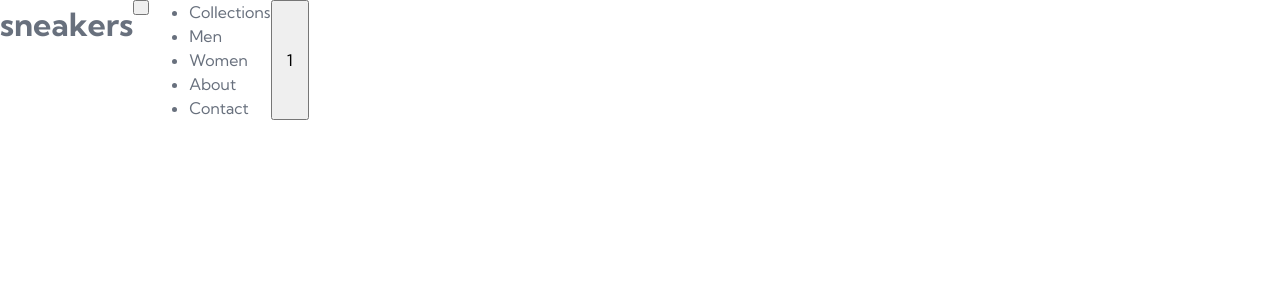
Repository: NikitaVologdin/React-Commerce-Product-Page
Page: /
These files come from the project's save history. The page is drawn as it stood at one moment and after the next save; the edit follows.
The browser window is 1280 px wide. The pictures show the whole page.
The project was rebuilt for these pictures with package versions that can differ from the ones it lists, and the page was loaded fresh each time. Also part of the build but not shown: vite.config.ts.

Above is the page before, as saved 2024-11-07 17:25:49.

After the next save:
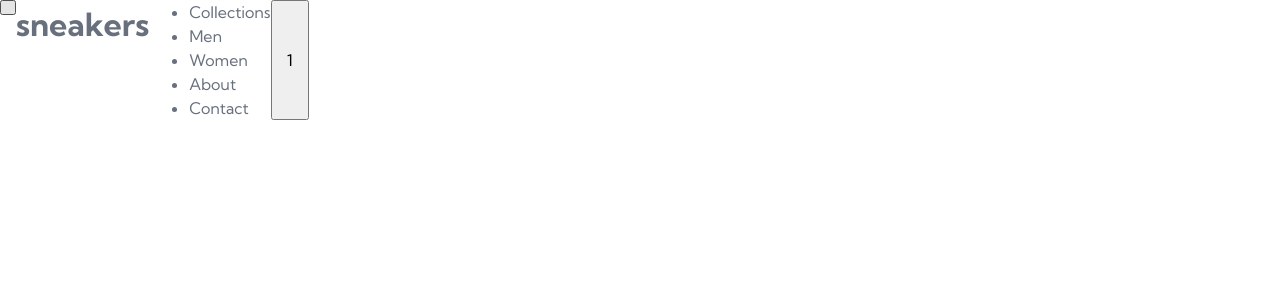
Saved 6 s later.
--- a/src/sections/Header.tsx
+++ b/src/sections/Header.tsx
@@ -14,8 +14,8 @@ export default function Header({ children }: IHeaderProps) {
 
   return (
     <header className="app__header header">
+      <Hamburger isMenuOpen={isMenuOpen} setIsMenuOpen={setIsMenuOpen} />
       {children}
-      <Hamburger isMenuOpen={isMenuOpen} setIsMenuOpen={setIsMenuOpen} />
       <Nav isMenuOpen={isMenuOpen} />
       <CartIcon
         isCartOpen={isCartOpen}
